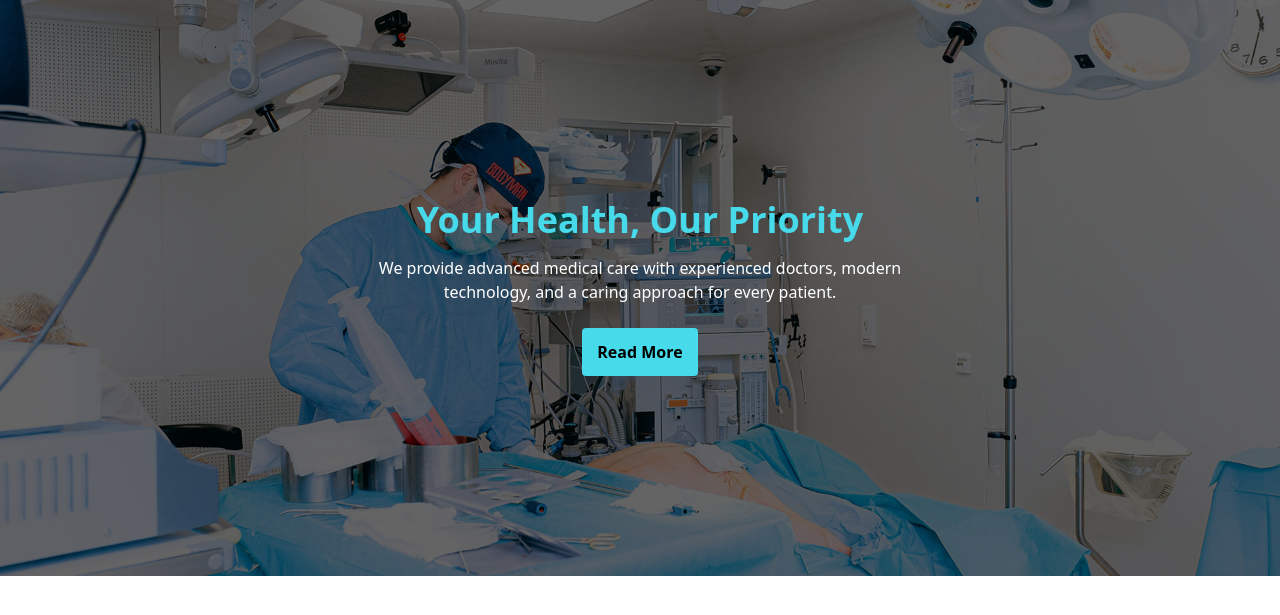
Repository: ahmedkhaleddev02-del/DoctorAppointment-MERN
Page: / (app in frontend/frontend/)
An editor plug-in stored every save of this project. The page is shown before and after the next save, followed by the edit.
The browser window is 1280 px wide. The pictures show the whole page.
The project was rebuilt for these pictures with package versions that can differ from the ones it lists, and the page was loaded fresh each time.

Above is the page before, as saved 2025-07-27 17:53:05.

After the next save:
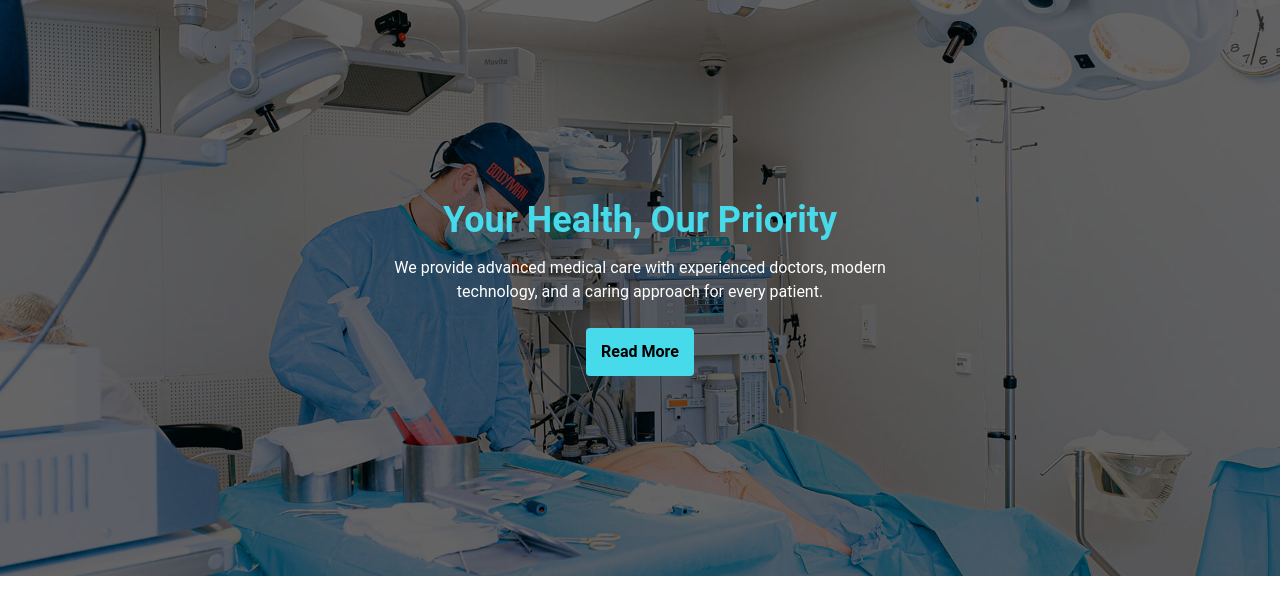
Saved 65 s later.
--- a/frontend/frontend/src/index.css
+++ b/frontend/frontend/src/index.css
@@ -1,12 +1,15 @@
 @tailwind base;
 @tailwind components;
 @tailwind utilities;
-
+@import url('https://fonts.googleapis.com/css2?family=Liter&family=Outfit:wght@100..900&family=Roboto:ital,wght@0,100..900;1,100..900&family=Sansita:ital,wght@0,400;0,700;0,800;0,900;1,400;1,700;1,800;1,900&display=swap');
 
 @import "slick-carousel/slick/slick.css";
 @import "slick-carousel/slick/slick-theme.css";
 
 
+*,body{
+  font-family: roboto;
+}
 
 
 button{
